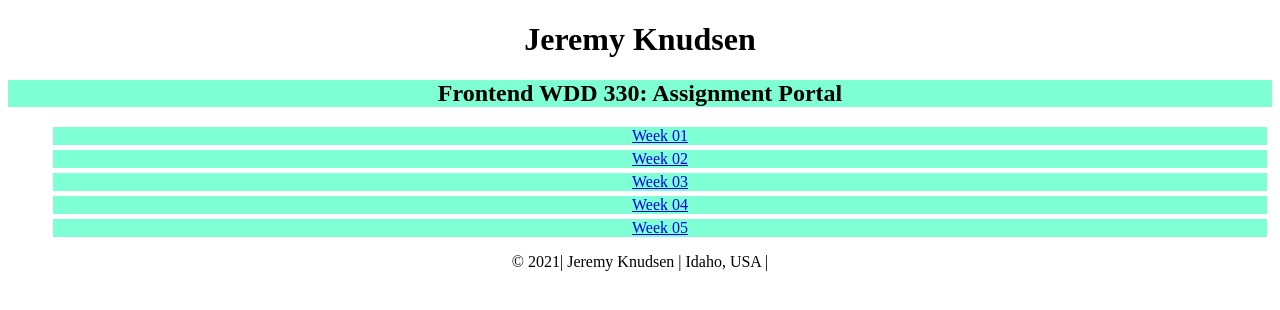
Repository: jknudsen97/WDD-330-Portfolio
Page: index.html
An editor plug-in stored every save of this project. The page is shown before and after the next save, followed by the edit.
The browser window is 1280 px wide. The pictures show the whole page.

Above is the page before, as saved 2021-10-20 19:24:50.

After the next save:
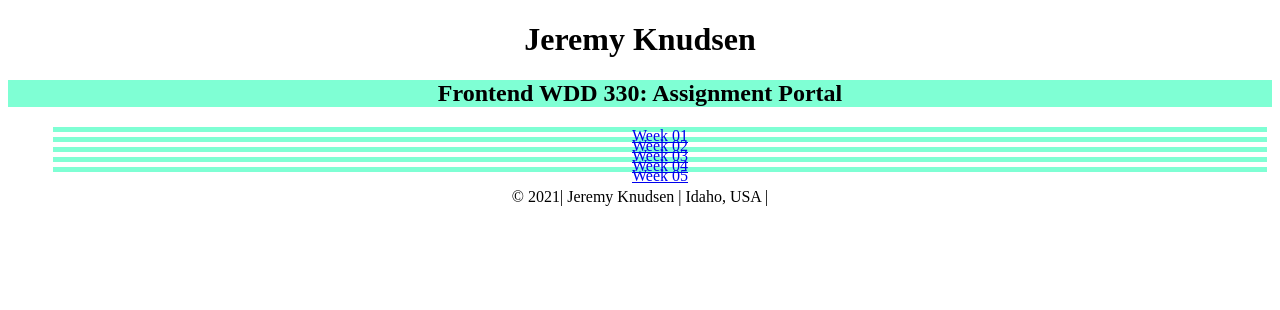
Saved 27 s later.
--- a/css/style.css
+++ b/css/style.css
@@ -11,6 +11,8 @@ ul{
 }
 
 li{
+    width: auto;
+    height: 5px;
     border: 2px;
     margin: 5px;
     background-color: aquamarine;
